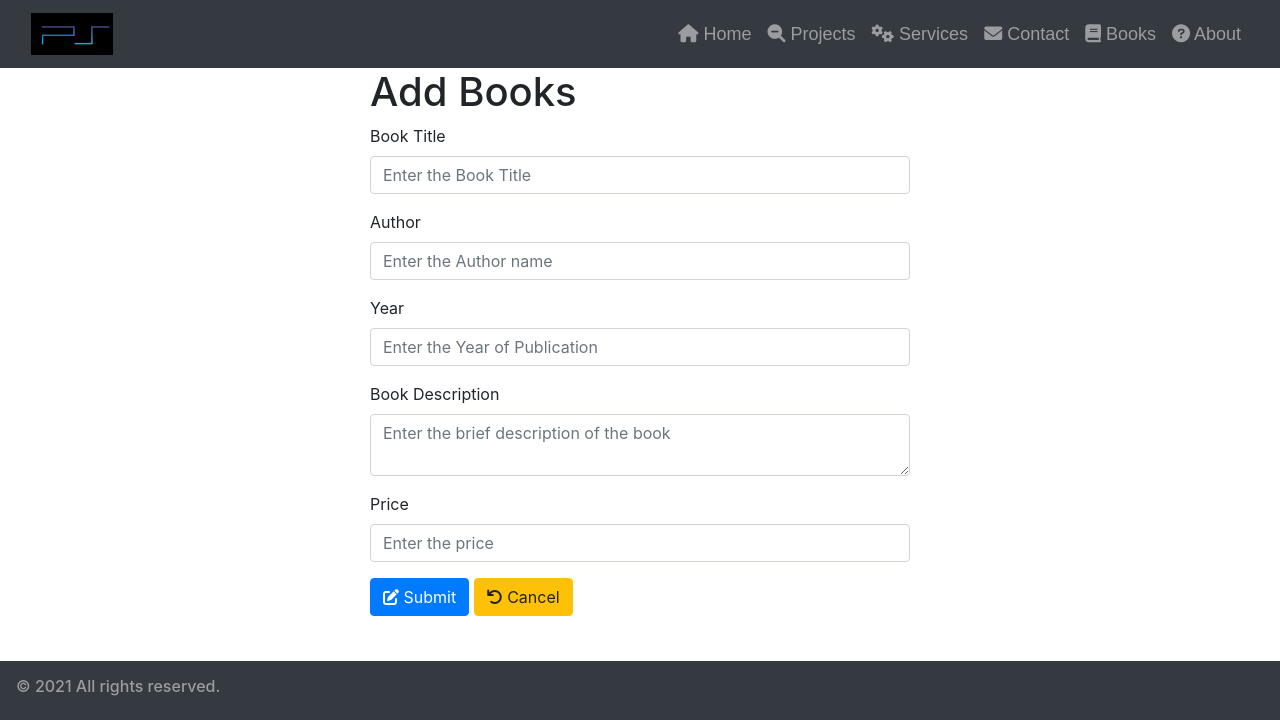
Repository: ParambirParambir/Assignment02
Page: http://localhost/book-list/add
An editor plug-in stored every save of this project. The page is shown before and after the next save, followed by the edit.
The browser window is 1280 px wide. The pictures show the whole page.
Some web libraries are served in a nearby version. The page is served by the project's Node server (server/config/app.js).

Above is the page before, as saved 2021-10-21 19:48:50.

After the next save:
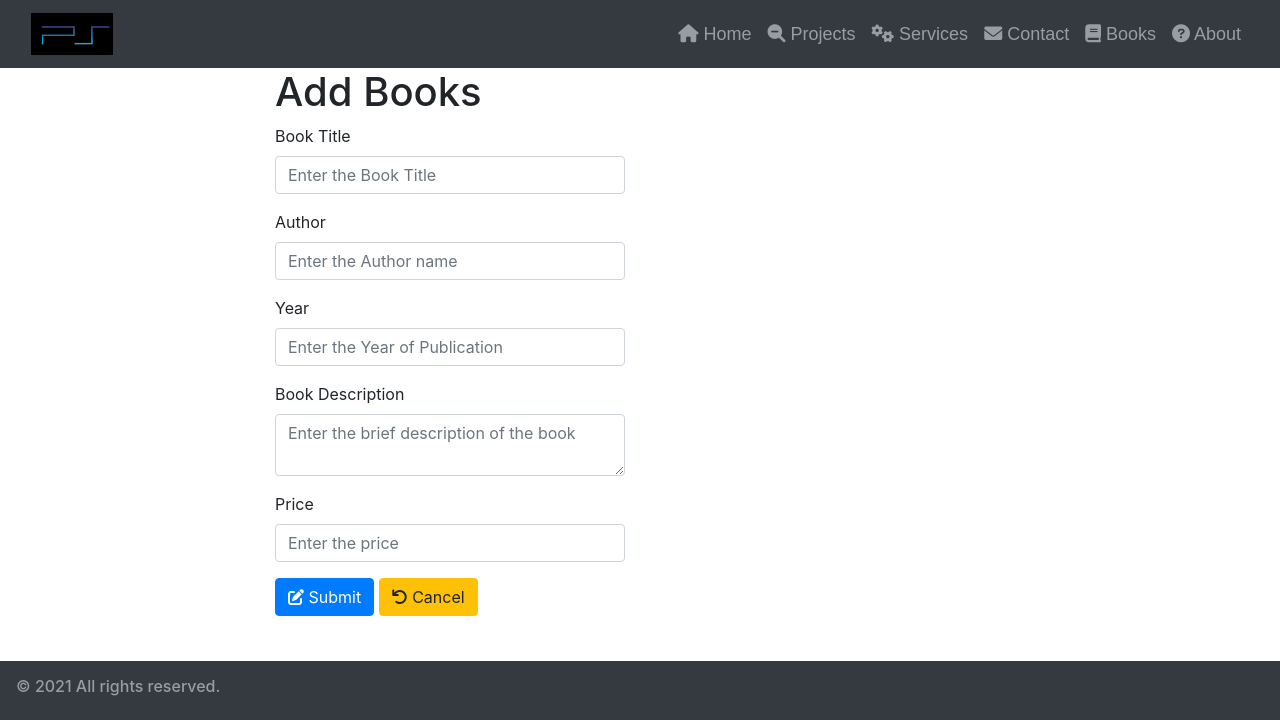
Saved 87 s later.
--- a/server/views/book/add.ejs
+++ b/server/views/book/add.ejs
@@ -5,7 +5,7 @@
 <!--Main content for Add page-->
 <div class="container">
     <div class="row">
-        <div class="offset-md-3 col-md-6">
+        <div class="offset-md-2 col-md-4">
         <h1><%= title %></h1>
 
             <form class="form" method="post">
